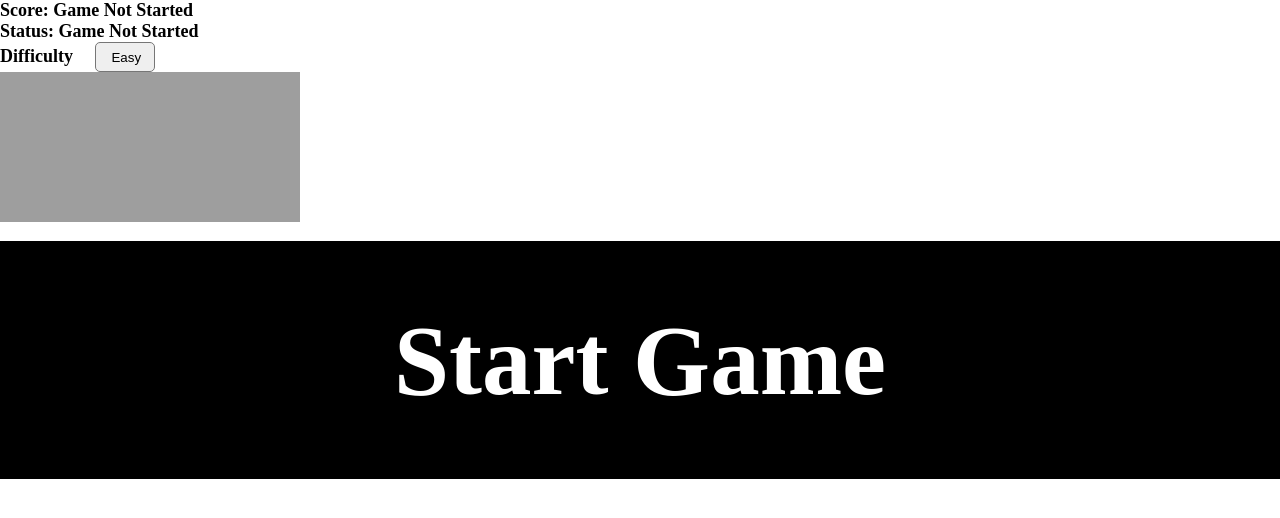
Repository: lulyany/bytedance_hw2
Page: test.html
These files come from the project's save history. The page is drawn as it stood at one moment and after the next save; the edit follows.
The browser window is 1280 px wide. The pictures show the whole page.
Pictures or frames that could not be fetched are drawn as grey boxes.

Above is the page before, as saved 2022-03-12 01:54:12.

### test.html
<!DOCTYPE html>
<html lang="en">

<head>
  <meta charset="UTF-8">
  <link rel="stylesheet" href="test.css">
  <!-- <style>
  </style> -->
  <title>贪吃蛇版吃奖杯小游戏</title>
</head>

<body>
  <div id="Start_game"><span data-text="" >Start Game</span></div>
  <div id="score"><span>Score:</span> <strong>Game Not Started</strong></div>
  <div id="dir"><span>Status:</span> <strong>Game Not Started</strong></div>
  <div id="diff"><span>Difficulty</span>
    <select>
      <option value ="500">Easy</option>
      <option value ="300">Normal</option>
      <option value="100">Hard</option>
      <option value="50">Extremely Hard</option>
    </select>
  </div>
  <div id="map">  <!--map-->
    <div id="Snak_head"><iframe src="./src/robot.svg" id="Snak_head_svg"></iframe></div> <!--Snak_head-->
  </div>


  <embed id="mySVG" src="/src/prize.svg" type="image/svg+xml" />
  <!-- dynamic add prizes-->

  <script type="text/javascript" src="test.js"></script>
</body>

</html>

### test.css
*{
    box-sizing: border-box;
    margin:0;
    padding: 0;
  }
  html,body{
    height: 100%;
    width: 100%;
    font-size: 18px;
    font-weight: 600;
  }
  #map{
    position: absolute;
    margin:auto;
    width: 670px;
    height: 670px;
    border: 5px solid black;
    top:0;
    bottom: 0;
    left:0;
    right:0;
    visibility:hidden;
  }
  /* #Snak_head{
    width: 20px;
    height: 20px;
    background-color: red;
    position: absolute;
    box-shadow: 0 0 15px 1px black;
  } */

  #Snak_head_svg{
    width: 20px;
    height: 20px;
  }

  /* .food_span{
    position: absolute;
    display: block;
    background-color: blue;
    width: 20px;
    height: 20px;
  } */

  .food_span{
    width: 20px;
    height: 20px;
  }

  .Snak_body{
    position: absolute;
    width: 20px;
    height: 20px;
    background-color: black;
    box-shadow: 0 0 15px 1px black;
  }
  #Start_game{
    position: absolute;
    width: 100%;
    height: 33%;
    top:0;
    bottom:0;
    margin:auto;
    display: flex;
    visibility: visible;
    align-items:center;
    justify-content:space-around;
    border:1px solid black;
    font-size: 5.5rem;
    background-color: black;
    color: white;
    z-index: 9999
  }
  #Start_game span{
    position: relative;
  }
  select {
    appearance:none;
    -moz-appearance:none;
    -webkit-appearance:none;
    width:60px;
    height: 30px;
    margin-left:18px;
    outline: none;
    padding-left:15px;
    border-radius: 5px;
  }
  #Start_game span:after {
    position: absolute;
    overflow: hidden;
    display: inline-block;
    vertical-align: bottom;
    animation: loading 2s -2s steps(3) infinite;
    content: attr(data-text);
  }
  @keyframes loading {
    0%{
      width: 0rem;
    }
    33%{
      width: 5rem;
    }
    100%{
      width: 10rem;
    }
  }

### test.js

let game_status         //进程ID
let status = "off"      //开始/暂停
let game_over_val = 0   //游戏状态 1：进行中  0：ganmeover
let key_status = true   //按键状态

let svgDoc = null;

addEventListener("keydown",(e)=>{  //监听按键事件
  if (e.keyCode === 32) {
      game_mode()  //执行游戏状态
  }
  if(!key_status){
    return
  }
  if (e.keyCode == 37  && game_over_val === 1) {
    if (coordinate_X.length === 1) {
      direction = "after"
    } else {
      direction = direction === "before" ? "before" : "after"
    }
    key_status = false
    if (status === "on" ) dir.children[1].textContent = direction === "before" ? "\u2192" : "\u2190"
  } else if (e.keyCode == 38  && game_over_val === 1) {
      if (coordinate_X.length === 1) {
        direction = "up"
      } else {
        direction = direction === "down" ? "down" : "up"
      }
      key_status = false
      if (status === "on") dir.children[1].textContent = direction === "down" ? "\u2193" : "\u2191"
  } else if (e.keyCode == 39  && game_over_val === 1) {
      if (coordinate_X.length === 1) {
        direction = "before"
      } else {
        direction = direction === "after" ? "after" : "before"
      }
      key_status = false
      if (status === "on") dir.children[1].textContent = direction === "after" ? "\u2190" : "\u2192"
  } else if (e.keyCode == 40  && game_over_val === 1) {
      if (coordinate_X.length === 1) {
        direction = "down"
      } else {
        direction = direction === "up" ? "up" : "down"
      }
      key_status = false
      if (status === "on") dir.children[1].textContent = direction === "up" ? "\u2191" : "\u2193"
  }
})

//执行游戏状态
function game_mode() {
  if (status === "off") {
    Start_game.style.visibility = "hidden"
    map.style.visibility = "visible"
    status = "on"
    if (game_over_val === 0) {
      init()  //初始化
      game_over_val = 1
    }
    if (!foodNode) append_food()                     //投放食物
    game_status = setInterval(move_direction, time)  //开始游戏
  } else {
      key_status = true
      Start_game.style.visibility = "visible"
      map.style.visibility = "hidden"
      status = "off"
      Start_game.children[0].textContent = "游戏暂停中"
      Start_game.children[0].dataset.text = "..."
      clearInterval(game_status)                    //暂停游戏
  }
}



let
    direction,              //前进方向
    coordinate_X,
    coordinate_Y,
    temp_X,temp_Y,          //蛇身构造坐标(交换用)
    food_coordinate = [],   //食物坐标数组
    foodNode,               //食物节点
    time




function init(){  //初始化
  score.children[1].textContent = "0"     //得分
  dir.children[1].textContent = "\u2192" //前进方向文本
  time = diff.children[1].value - 0   //游戏难度(时间间隔)
  direction = "before"                //默认前进方向
  coordinate_X = [0]                  //snak的X坐标数组[0] snak_head坐标
  coordinate_Y = [320]                //snak的Y坐标数组[0] snak_head坐标
  Snak_head.style.top = coordinate_Y[0] - 0 + "px"
  Snak_head.style.left = coordinate_X[0] + 0 + "px"
  let node = map.children
  for (let i = node.length - 1; i >= 0; i--) {
    if (node[i].className === "Snak_body") map.removeChild(node[i])
  }
}


function move_direction(){  //移动以及移动过程中的事件判断
  let last_body_X = coordinate_X[coordinate_X.length - 1],
      last_body_Y = coordinate_Y[coordinate_Y.length - 1]
      temp_X = coordinate_X[0]
      temp_Y = coordinate_Y[0]
  if (direction === "up" && coordinate_Y[0] - 20 >= 0) {
    Snak_head.style.top = coordinate_Y[0] - 20 + "px"
    coordinate_Y[0] -= 20
  } else if (direction === "down" && coordinate_Y[0] + 20 <= 640) {
      Snak_head.style.top = coordinate_Y[0] + 20 + "px"
      coordinate_Y[0] += 20
  } else if (direction === "before" && coordinate_X[0] + 20 <= 640) {
      Snak_head.style.left = coordinate_X[0] + 20 + "px"
      coordinate_X[0] += 20
  } else if (direction === "after" && coordinate_X[0] - 20 >= 0) {
      Snak_head.style.left = coordinate_X[0] - 20 + "px"
      coordinate_X[0] -= 20
  } else {
     game_over()
     return
  }
  if (coordinate_X[0] === food_coordinate[0] && coordinate_Y[0] === food_coordinate[1]) {
    score.children[1].textContent = score.children[1].textContent - 0 + 1
    food_coordinate = []
    let Snak_body = document.createElement("div")
    Snak_body.className = "Snak_body"
    Snak_body.style.left = last_body_X + "px"
    Snak_body.style.top = last_body_Y + "px"
    map.appendChild(Snak_body)
    coordinate_X.push(last_body_X)
    coordinate_Y.push(last_body_Y)
    map.removeChild(foodNode)
    append_food()
  }
  key_status = true
  snake()
  if (!game_over_judge()) {
    game_over()
  }
}


function append_food(){ //添加食物
    foodNode = document.createElement("span")
    foodNode.className = "food_span"

  let count = 0, val
  while (count != 2) {
    val = parseInt(Math.round(Math.random() * 1000) / 20) * 20
    if (val > 640) continue
    if (coordinate_X.indexOf(val) === -1) {
      if (count === 0) {
        foodNode.style.left = val + "px"
      } else {
        foodNode.style.top = val + "px"
      }
      food_coordinate.push(val)
      count++
    }
  }
  map.appendChild(foodNode)
}

function snake(){     //重构蛇身
  let snak = map.getElementsByTagName("div")
  for (let i = snak.length - 1; i >= 1; i--) {
    if (i === 1) {
      snak[1].style.left = temp_X + "px"
      snak[1].style.top = temp_Y + "px"
      coordinate_X[1] = temp_X
      coordinate_Y[1] = temp_Y
      break
    }
    snak[i].style.left = coordinate_X[i - 1] + "px"
    snak[i].style.top = coordinate_Y[i - 1] + "px"
    coordinate_X[i] = coordinate_X[i - 1]
    coordinate_Y[i] = coordinate_Y[i - 1]
  }
}


function game_over_judge() {    //游戏结束判断
  let judge_X = coordinate_X.slice(1),judge_Y = coordinate_Y.slice(1)
  for (let i = 0; i < judge_X.length; i++) {
    if (judge_X[i] === coordinate_X[0]) {
      if (judge_Y[i] === coordinate_Y[0]) return false
    }
  }
  return true
}

function game_over(){   //游戏结束
  Start_game.style.visibility = "visible"
  map.style.visibility = "hidden"
  status = "off"
  key_status = true
  game_over_val = 0
  Start_game.children[0].textContent = "Game over ！！！"
  Start_game.children[0].dataset.text = ""
  clearInterval(game_status)
}

After the next save:
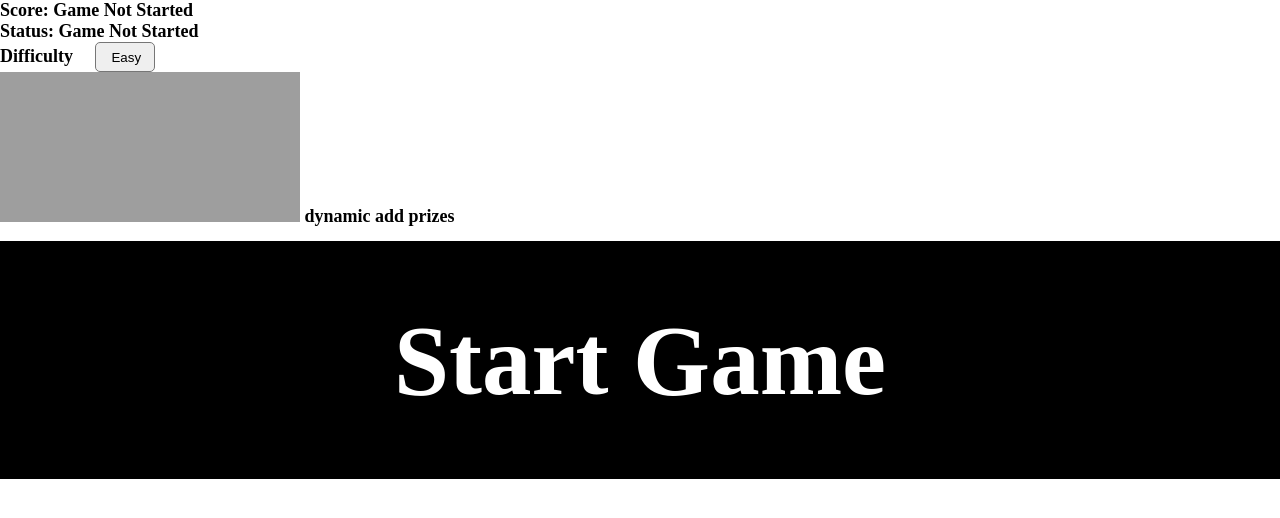
Saved 15 s later.
--- a/test.html
+++ b/test.html
@@ -27,7 +27,7 @@
 
 
   <embed id="mySVG" src="/src/prize.svg" type="image/svg+xml" />
-  <!-- dynamic add prizes-->
+  dynamic add prizes
 
   <script type="text/javascript" src="test.js"></script>
 </body>
